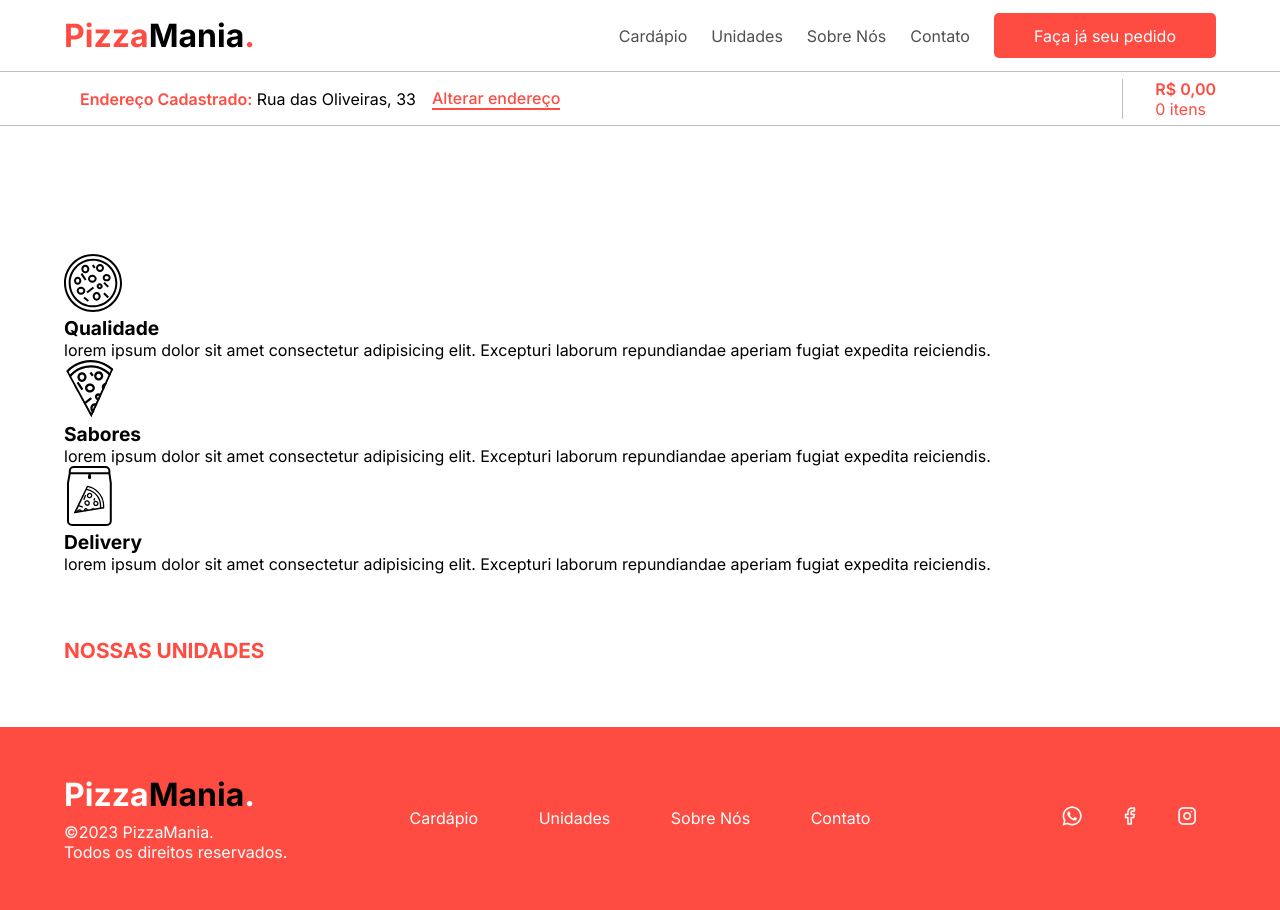
Repository: lucas-albuq/PizzaMania
Page: assets/pages/unidades.html
The author's editor kept a copy of each file at every save. The page is drawn from the files as they stood at one save, then again after a run of saves.
The browser window is 1280 px wide. The pictures show the whole page.
Some icons come from a web library that is not loaded, so they are not drawn. Some web libraries are served in a nearby version.

Above is the page before, as saved 2024-01-04 22:22:51.

### assets/pages/unidades.html
<!DOCTYPE html>
<html lang="pt-br">
<head>
    <meta charset="UTF-8">
    <meta name="viewport" content="width=device-width, initial-scale=1.0">
    <title>PizzaMania. - Unidades</title>
    <link rel='stylesheet' href='https://cdn-uicons.flaticon.com/2.0.0/uicons-regular-rounded/css/uicons-regular-rounded.css'>
    <link rel="stylesheet" href="/assets/fonts/style.css">
    <link rel="stylesheet" href="/assets/css/pizzamania.css">
</head>
<body>
    <div id="header"></div>
    <main>
        <div class="unidades">

        </div>
        <div>
            <div>
                <img src="./assets/images/icon-pizza.svg" alt="">
                <h3>Qualidade</h3>
                <p>lorem ipsum dolor sit amet consectetur adipisicing elit. Excepturi laborum repundiandae aperiam fugiat expedita reiciendis.</p>
            </div>
            <div>
                <img src="./assets/images/icon-fatia.svg" alt="">
                <h3>Sabores</h3>
                <p>lorem ipsum dolor sit amet consectetur adipisicing elit. Excepturi laborum repundiandae aperiam fugiat expedita reiciendis.</p>
            </div>
            <div>
                <img src="./assets/images/icon-delivery.svg" alt="">
                <h3>Delivery</h3>
                <p>lorem ipsum dolor sit amet consectetur adipisicing elit. Excepturi laborum repundiandae aperiam fugiat expedita reiciendis.</p>
            </div>
        </div>
        <h2>Nossas Unidades</h2>
    </main>
    <div id="footer"></div>
    <script src="https://ajax.googleapis.com/ajax/libs/jquery/3.1.0/jquery.min.js"></script>
    <script src="../../main.js"></script>
</body>
</html>

### assets/fonts/style.css
@font-face {
  font-family: 'icomoon';
  src:  url('fonts/icomoon.eot?r532as');
  src:  url('fonts/icomoon.eot?r532as#iefix') format('embedded-opentype'),
    url('fonts/icomoon.ttf?r532as') format('truetype'),
    url('fonts/icomoon.woff?r532as') format('woff'),
    url('fonts/icomoon.svg?r532as#icomoon') format('svg');
  font-weight: normal;
  font-style: normal;
  font-display: block;
}

[class^="icon-"], [class*=" icon-"] {
  /* use !important to prevent issues with browser extensions that change fonts */
  font-family: 'icomoon' !important;
  speak: never;
  font-style: normal;
  font-weight: normal;
  font-variant: normal;
  text-transform: none;
  line-height: 1;

  /* Better Font Rendering =========== */
  -webkit-font-smoothing: antialiased;
  -moz-osx-font-smoothing: grayscale;
}

.icon-delivery:before {
  content: "\e909";
}
.icon-pizza:before {
  content: "\e90a";
}
.icon-fatia:before {
  content: "\e90b";
}
.icon-whatsapp:before {
  content: "\e900";
}
.icon-brand:before {
  content: "\e900";
}
.icon-social:before {
  content: "\e900";
}
.icon-facebook:before {
  content: "\e902";
}
.icon-instagram:before {
  content: "\e903";
}
.icon-mail:before {
  content: "\e904";
}
.icon-map-pin:before {
  content: "\e905";
}
.icon-menu:before {
  content: "\e901";
}
.icon-phone:before {
  content: "\e906";
}
.icon-x:before {
  content: "\e907";
}
.icon-youtube:before {
  content: "\e908";
}

### assets/css/pizzamania.css
@import url('https://fonts.googleapis.com/css2?family=Inter:wght@100;200;300;400;500;600;700;800;900&display=swap');

:root {
  --base-hue: 3;
  --primary-color: hsl(var(--base-hue), 100%, 63%);
  --secondary-color: hsl(var(--base-hue), 0%, 0%);
  --text-color: hsl(var(--base-hue), 0%, 31%);
  --text-hover-color: hsl(var(--base-hue), 0%, 51%);
  --background-color: hsl(var(--base-hue), 0%, 100%);
  --button-background: hsl(var(--base-hue), 100%, 63%);
  --button-hover-background: hsl(var(--base-hue), 67%, 47%);
  --divider-color: hsl(var(--base-hue), 0%, 75%);
  --shadow-color:rgba(0, 0, 0, 0.25);
  --box-shadow: 0px 2px 8px 0px rgba(0, 0, 0, 0.25);
}

* {
  padding: 0;
  margin: 0;
  scroll-behavior: smooth;
  font-family: 'Inter', sans-serif;
  box-sizing: border-box;
}

header {
  display: flex;
  flex-direction: column;
  align-items: center;
}

main{
  max-width: 80em;
  width: 90%;
  margin: 4em auto;
  display: flex;
  flex-direction: column;
  gap: 4em;
}

section{
  display: flex;
  flex-direction: column;
  gap: 2em;
}

h2{
  font-size: 1.3em;
  color: var(--primary-color);
  text-transform: uppercase;
}

h3{
  font-size: 1.2em;
}

.header1, .header2 {
  display: flex;
  max-width: 80em;
  width: 90%;
  justify-content: space-between;
  align-items: center;
}

.header1 {
  padding: .8em 0;
}

.header2 {
  padding: .4em 0;
}

.header1 h1 a {
  color: var(--primary-color);
  font-size: 2rem;
}

.header1 h1 span {
  color: var(--secondary-color);
}

.header1_menus {
  display: flex;
  gap: 1.5em;
}

.header1 nav {
  display: flex;
  align-items: center;
}

.header1 ul {
  display: flex;
  list-style-type: none;
  align-items: center;
  justify-content: center;
  gap: 1.5em;
  align-items: center;
}

.header1 a {
  text-decoration: none;
  color: var(--text-color);
  font-size: 1rem;
  transition: color .2s;
}

.header1 nav a:hover {
  color: var(--text-hover-color);
}

.header1 button {
  padding: .8em 2.5em;
  border-radius: 5px;
  line-height: initial;
  align-self: center;
  background-color: var(--button-background);
  border: none;
  color: #FFF;
  font-size: 1rem;
  cursor: pointer;
  transition: background .2s;
}

.header1 button:hover {
  background-color: var(--button-hover-background);
}

.divider {
  border-bottom: 1px solid var(--divider-color);
  width: 100%;
}

.header2 .endereco, .header2 .carrinho {
  display: flex;
  gap: 1em;
  align-items: center;
}

.header2 .carrinho {
  border-left: 1px solid var(--divider-color);
  padding-left: 1em;
  cursor: pointer;
}

.header2 .fi, .header2 span, .carrinho p {
  color: var(--primary-color);
  transition: color .2s;
}

.header2 .endereco button {
  background: none;
  border: none;
  font-size: 1rem;
  color: var(--primary-color);
  font-weight: 500;
  border-bottom: 2px solid var(--primary-color);
  cursor: pointer;
  transition: color .2s;
}

.header2 .endereco button:hover {
  color: var(--button-hover-background);
  border-color: var(--button-hover-background);
}

.header2 .carrinho:hover .valor p, .carrinho:hover .fi {
  color: var(--button-hover-background);
}

.header2 span, .carrinho p:first-child {
  font-weight: 600;
}

footer{
  background-color: var(--primary-color);
}
footer .footer{
  display: flex;
  max-width: 80em;
  width: 90%;
  margin: 0 auto;
  justify-content: space-between;
  align-items: center;
  padding: 3em 0;
}
.footer .footer-menu{
  width: 40%;
}
.footer .footer-menu ul{
  display: flex;
  list-style-type: none;
  justify-content: space-between;
}
.footer .footer-menu a{
  color: var(--background-color);
  text-decoration: none;
  transition: color .2s
}
.footer-menu a:hover{
  color: var(--divider-color)
}
.footer-logo-copy, .footer-social-medias{
  width: 20%;
}
.footer-social-medias{
  display: flex;
  justify-content: end;
  align-items: center;
}
.footer-social-medias a{
  text-decoration: none;
}
.footer-social-medias div {
  color: var(--background-color);
  font-size: 1.2rem;
  padding: 1em;
  transition: all .5s ease;
}

.footer-social-medias div:hover {
  transform: translateY(-5px);
}
.footer-social-medias div::after{
  content: "";
  display: block;
  width: 0;
  height: 3px;
  margin-top: 3px;
  border-radius: 5px;
  background: var(--background-color);
  transition: all .2s ease;
}
.footer-social-medias div:hover::after{
  width: 100%;
}
.footer-logo-copy{
  display: flex;
  flex-direction: column;
  gap: .5em;
  color: var(--background-color)
}
.footer-logo-copy a{
  color: var(--background-color);
  text-decoration: none;
}
.footer-logo-copy a span{
  color: var(--secondary-color);
}
.servicos > div{
  display: flex;
  justify-content: space-between;
}
.servicos > div > div{
  box-shadow: var(--box-shadow);
  display: flex;
  flex-direction: column;
  align-items: center;
  justify-content: center;
  padding: 2.5em;
  width: 30%;
  gap: 1.5em;
  border-radius: 20px;
  border-bottom: var(--primary-color) solid 8px;
}

.servicos img{
  height: 3.5em;
}

.servicos p{
  text-align: center;
}

.carrossel .swiper {
  width: 100%;
  aspect-ratio: 16/6;
  border-radius: 20px;
}
.carrossel .swiper img{
  width: 100%;
  aspect-ratio: 16/6;
  filter: brightness(75%);
}
.swiper-pagination-bullet{
  padding: 3px;
}
.swiper-pagination-bullet-active{
  background: var(--primary-color);
}
.swiper-button-next, .swiper-button-prev{
  color: #FFF
}
.promocoes .swiper-slide, .assessments .swiper-slide{
  padding: 1em .2em;
}
.promocoes .card{
  display: flex;
  flex-direction: column;
  padding: 2em;
  gap: 2em;
  box-shadow: var(--box-shadow);
  border-radius: 20px;
}
.promocoes .card-top, .promocoes .card-bottom{
  display: flex;
  justify-content: space-between;
}
.promocoes .card-top-text{
  width: 65%;
  display: flex;
  flex-direction: column;
  gap: 1em;
}
.promocoes .card-top-image{
  width: 35%;
}
.promocoes .card-top-image img{
  width: 100%;
}
.promocoes .card-bottom p span{
  font-weight: bold;
  font-size: 1.2em;
}
.promocoes .card-bottom button{
  border: none;
  background: var(--button-background);
  padding: 0 3em;
  border-radius: 5px;
  color: #FFF;
  font-size: 1rem;
  cursor: pointer;
  transition: background .2s;
}
.promocoes .card-bottom button:hover{
  background: var(--button-hover-background);
}
.swiper-container{
  overflow: hidden;
}
/*Novamente reutilizando código antigo meu (é meu msm)*/
.assessments .assessments__container .swiper-wrapper{
  display: flex;
  flex-wrap: nowrap;
}
.assessments .assessments__container .assessments__assessment blockquote{
  padding: 2em;
  box-shadow: var(--box-shadow);
  border-radius: 20px;
  height: auto;
  width: 100%;
}
.assessments .assessments__container .assessments__assessment p{
  position: relative;
  text-indent: 1.875rem;
  margin-bottom: 1.5rem;
  color: var(--title-color);
}
.assessments .assessments__container .assessments__assessment p span{
  font-size: 4rem;
  font-family: serif;
  font-weight: 700;
  position: absolute;
  color: var(--primary-color);
  top: -1.375rem;
  left: -2.300rem;
}
.assessments .assessments__container .assessments__assessment cite {
  display: flex;
  align-items: center;
  font-style: normal;
  text-transform: capitalize;
}
.assessments .assessments__container .assessments__assessment cite img{
  height: 2rem;
  width: 2rem;
  object-fit: cover;
  clip-path: circle();
  margin-right: 0.5rem;
}
.categorias-cardapio{
  display: flex;
  flex-wrap: wrap;
  gap: 2em;
  justify-content: space-between;
}
.categorias-cardapio div{
  text-align: center;
  height: 100%;
  display: flex;
  align-items: center;
  justify-content: center;
  border-radius: 20px;
  background-size: 100% auto;
  background-position: center;
  background-repeat: no-repeat;
  aspect-ratio: 16/5;
  transition: all .2s;
}
.categorias-cardapio a{
  text-decoration: none;
  flex: 0 0 48%;
}

.categorias-cardapio h2{
  transition: all .2s;
}

.categorias-cardapio a:hover h2{
  font-size: 1.5em
}
.categorias-cardapio a:hover div{
  background-size: 130% auto;
}

.categorias-cardapio .milkshakes{
  background-image: url("/assets/images/Milkshakes.png");

}
.categorias-cardapio .milkshakes h2{
  color: #904737;
}

.categorias-cardapio .pizzas-salgadas{
  background-image: url("/assets/images/pizzasSalgadas.png");
}

.categorias-cardapio .sobremesas h2{
  color: #66391F;
}

.categorias-cardapio .sobremesas{
  background-image: url("/assets/images/sobremesas.png");
}
.categorias-cardapio .pizzas-doces{
  background-image: url("/assets/images/pizzasDoces.png");
}

.categorias-cardapio .pizzas-doces h2{
  color: #FFEAD6;
}

.categorias-cardapio .bebidas{
  background-image: url("/assets/images/bebidas.png");
}

.categorias-cardapio .bebidas h2{
  color: #7A5C1A;
}

### main.js
document.addEventListener('DOMContentLoaded', function() {
    const header = document.getElementById('header');
    const footer = document.getElementById('footer');

    fetch('/assets/html/header.html')
        .then(response => response.text())
        .then(data => {
            header.innerHTML = data;

            const fazerPedido = document.querySelector(".header1_menus button");
            fazerPedido.addEventListener("click", () => window.open('./assets/pages/cardapio.html', '_self'));
        });

    fetch('/assets/html/footer.html')
        .then(response => response.text())
        .then(data => {
            footer.innerHTML = data;
        });
});

### assets/html/header.html
<header>
        <div class="header1">
            <h1><a href="/index.html">Pizza<span>Mania</span>.</a></h1>
            <div class="header1_menus">
                <nav>
                    <ul>
                        <li><a href="#">Cardápio</a></li>
                        <li><a href="#">Unidades</a></li>
                        <li><a href="#">Sobre Nós</a></li>
                        <li><a href="#">Contato</a></li>
                    </ul>
                </nav>
                <button>
                    Faça já seu pedido
                </button>
            </div>
        </div>
        <div class="divider"></div>
        <div class="header2">
            <div class="endereco">
                <i class="fi fi-rr-home"></i>
                <p><span>Endereço Cadastrado:</span> Rua das Oliveiras, 33</p>
                <button>Alterar endereço</button>
            </div>
            <div class="carrinho">
                <i class="fi fi-rr-shopping-cart"></i>
                <div class="valor">
                    <p>R$ 0,00</p>
                    <p>0 itens</p>
                </div>
            </div>
        </div>
        <div class="divider"></div>
    </header>

### assets/html/footer.html
<footer>
    <div class="footer">
        <div class="footer-logo-copy">
            <h1><a href="/index.html">Pizza<span>Mania</span>.</a></h1>
            <p>
                ©2023 PizzaMania. <br>
                Todos os direitos reservados.
            </p>
        </div>
        <nav class="footer-menu">
            <ul>
                <li><a href="">Cardápio</a></li>
                <li><a href="">Unidades</a></li>
                <li><a href="">Sobre Nós</a></li>
                <li><a href="">Contato</a></li>
            </ul>
        </nav>
        <div class="footer-social-medias">
            <a href="#">
                <div class="icon-whatsapp"></div>
            </a>
            <a href="#">
                <div class="icon-facebook"></div>
            </a>
            <a href="#">
                <div class="icon-instagram"></div>
            </a>
        </div>
    </div>
</footer>

After the next 3 saves:
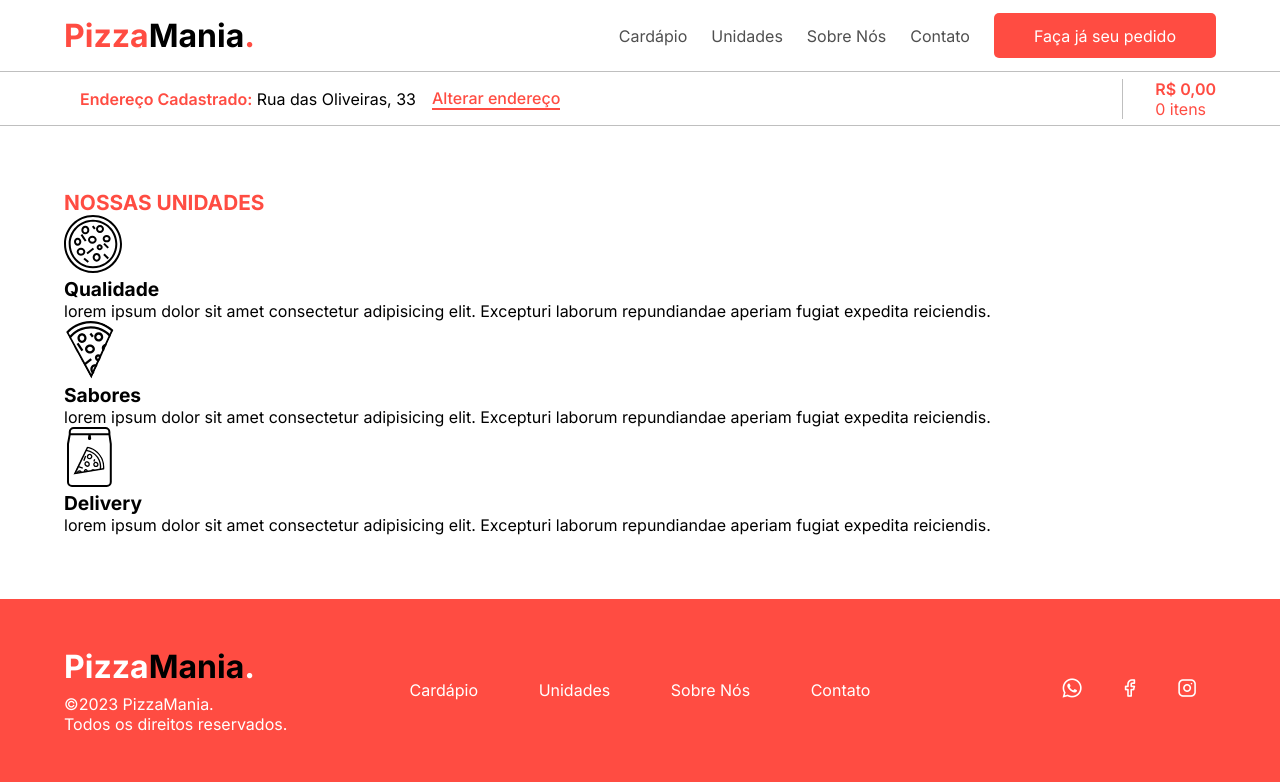
The 3 saves are shown as one change because they came seconds apart.
The last was saved 79 s later.
--- a/assets/pages/unidades.html
+++ b/assets/pages/unidades.html
@@ -12,26 +12,25 @@
     <div id="header"></div>
     <main>
         <div class="unidades">
-
-        </div>
-        <div>
+            <h2>Nossas Unidades</h2>
             <div>
-                <img src="./assets/images/icon-pizza.svg" alt="">
-                <h3>Qualidade</h3>
-                <p>lorem ipsum dolor sit amet consectetur adipisicing elit. Excepturi laborum repundiandae aperiam fugiat expedita reiciendis.</p>
-            </div>
-            <div>
-                <img src="./assets/images/icon-fatia.svg" alt="">
-                <h3>Sabores</h3>
-                <p>lorem ipsum dolor sit amet consectetur adipisicing elit. Excepturi laborum repundiandae aperiam fugiat expedita reiciendis.</p>
-            </div>
-            <div>
-                <img src="./assets/images/icon-delivery.svg" alt="">
-                <h3>Delivery</h3>
-                <p>lorem ipsum dolor sit amet consectetur adipisicing elit. Excepturi laborum repundiandae aperiam fugiat expedita reiciendis.</p>
+                <div>
+                    <img src="./assets/images/icon-pizza.svg" alt="">
+                    <h3>Qualidade</h3>
+                    <p>lorem ipsum dolor sit amet consectetur adipisicing elit. Excepturi laborum repundiandae aperiam fugiat expedita reiciendis.</p>
+                </div>
+                <div>
+                    <img src="./assets/images/icon-fatia.svg" alt="">
+                    <h3>Sabores</h3>
+                    <p>lorem ipsum dolor sit amet consectetur adipisicing elit. Excepturi laborum repundiandae aperiam fugiat expedita reiciendis.</p>
+                </div>
+                <div>
+                    <img src="./assets/images/icon-delivery.svg" alt="">
+                    <h3>Delivery</h3>
+                    <p>lorem ipsum dolor sit amet consectetur adipisicing elit. Excepturi laborum repundiandae aperiam fugiat expedita reiciendis.</p>
+                </div>
             </div>
         </div>
-        <h2>Nossas Unidades</h2>
     </main>
     <div id="footer"></div>
     <script src="https://ajax.googleapis.com/ajax/libs/jquery/3.1.0/jquery.min.js"></script>
